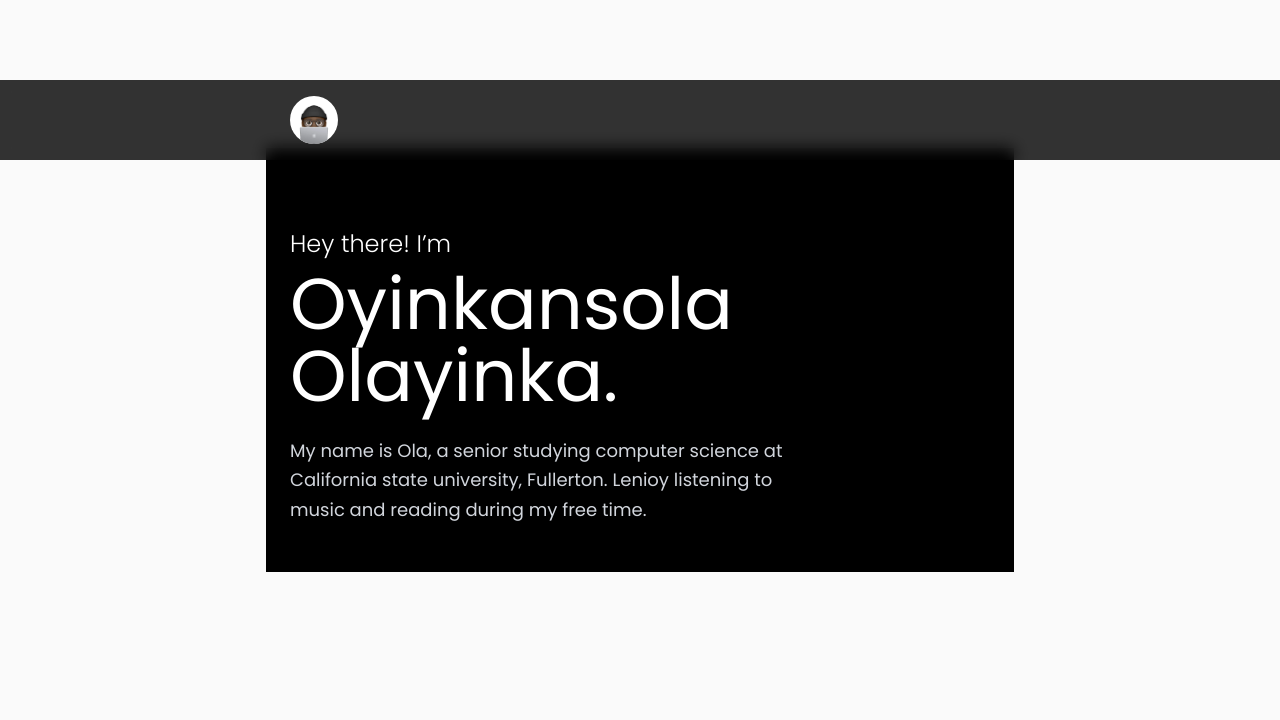
Repository: olasores/olasores-portfolio
Page: /
The author's editor kept a copy of each file at every save. The page is drawn from the files as they stood at one save, then again after the next save.
The browser window is 1280 px wide. The pictures show the whole page.
The project was rebuilt for these pictures with package versions that can differ from the ones it lists, and the page was loaded fresh each time. The framework's server and built-in components were replaced by stand-ins that run in the browser. Also part of the build but not shown: next.config.ts.

Above is the page before, as saved 2025-11-11 12:49:48.

### app/layout.tsx
import type { Metadata } from "next";
import { Poppins } from "next/font/google";
import "./globals.css";
import Navbar from "./components/Navbar";

const poppins = Poppins({
  variable: "--font-poppins",
  weight: ["300", "400", "500", "600", "700"],
  subsets: ["latin"],
});

export const metadata: Metadata = {
  title: "Create Next App",
  description: "Generated by create next app",
};

export default function RootLayout({
  children,
}: Readonly<{
  children: React.ReactNode;
}>) {
  return (
    <html lang="en">
      <body
        className={`${poppins.variable} antialiased`}
      >
        <Navbar />
        {children}
      </body>
    </html>
  );
}

### app/page.tsx
import Image from "next/image";
import HomeSection from "./components/HomeSection";
import Portfolio from "./components/Portfolio";

export default function Home() {
  return (

    <div className="flex min-h-screen items-center justify-center bg-zinc-50 font-sans dark:bg-black">
      <HomeSection />
      <Portfolio />
    </div>
  );
}

### app/globals.css
@import "tailwindcss";

* {
  font-family: 'Poppins', sans-serif;
}

:root {
  --background: #ffffff;
  --foreground: #171717;
}

@media (prefers-color-scheme: dark) {
  :root {
    --background: #0a0a0a;
    --foreground: #ededed;
  }
}

body {
  background: var(--background);
  color: var(--foreground);
}

### app/components/Navbar.tsx
export default function Navbar() {
    return (
        <nav className="fixed top-20 left-0 right-0 bg-black/80 backdrop-blur-sm px-6 py-4 z-50 flex justify-center">
            <div className="max-w-[700px] w-full flex items-center justify-between">
                {/* Logo */}
                <div className="relative w-12 h-12 rounded-full bg-white overflow-hidden flex items-center justify-center">
                    <img
                        src="/assets/olaimg2.webp"
                        alt="Oyinkansola Olayinka Logo"
                        className="w-full h-full object-cover"
                    />
                </div>

                {/* Links */}
                {/* <div className="flex gap-8 text-white">
                    <a href="#" className="hover:text-gray-400 transition">
                        Github ↗
                    </a>
                    <a href="#" className="hover:text-gray-400 transition">
                        linkedin ↗
                    </a>
                    <a href="#" className="hover:text-gray-400 transition">
                        Resume ↗
                    </a>
                </div> */}
            </div>
        </nav>
    );
}

### app/components/HomeSection.tsx


export default function HomeSection() {
    return (
        <div className="flex justify-center bg-black font-sans dark:bg-black px-6 py-12 pt-20">
            <div className="max-w-[700px] w-full flex flex-col gap-12">
                {/* Text content */}
                <div className="flex flex-col gap-6 items-center md:items-start">
                    <div>
                        <h2 className="text-xl md:text-2xl font-light text-white mb-2">
                            Hey there! I&rsquo;m
                        </h2>
                        <h1 className="text-5xl md:text-7xl  text-white">
                            Oyinkansola Olayinka.
                        </h1>
                    </div>

                    <p className="text-base md:text-lg text-gray-300 leading-relaxed max-w-lg">
                        My name is Ola, a senior studying computer science at California state university, Fullerton. Lenioy listening to music and reading during my free time.
                    </p>

                    {/* Links */}
                    {/* <div className="flex gap-6 text-lg md:text-xl text-white">
                        <a href="#" className="hover:text-gray-400 transition">
                            Github ↗
                        </a>
                        <a href="#" className="hover:text-gray-400 transition">
                            linkedin ↗
                        </a>
                        <a href="#" className="hover:text-gray-400 transition">
                            Resume ↗
                        </a>
                    </div> */}
                </div>
            </div>
        </div>
    );
}

### app/components/Portfolio.tsx
export default function Portfolio() {
    return (
        <div>

        </div>

    );
}

After the next save:
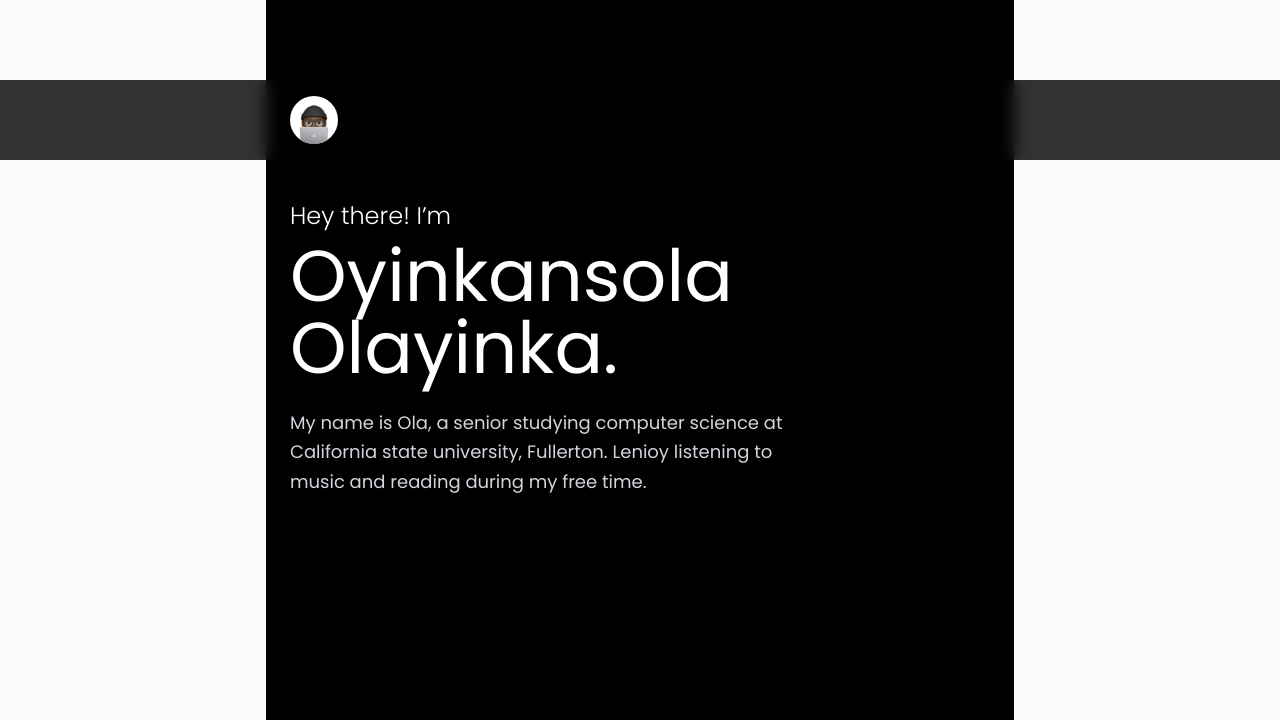
Saved 1 s later.
--- a/app/components/HomeSection.tsx
+++ b/app/components/HomeSection.tsx
@@ -2,7 +2,7 @@
 
 export default function HomeSection() {
     return (
-        <div className="flex justify-center bg-black font-sans dark:bg-black px-6 py-12 pt-20">
+        <div className="flex min-h-screen justify-center bg-black font-sans dark:bg-black px-6 py-5 pt-50">
             <div className="max-w-[700px] w-full flex flex-col gap-12">
                 {/* Text content */}
                 <div className="flex flex-col gap-6 items-center md:items-start">
